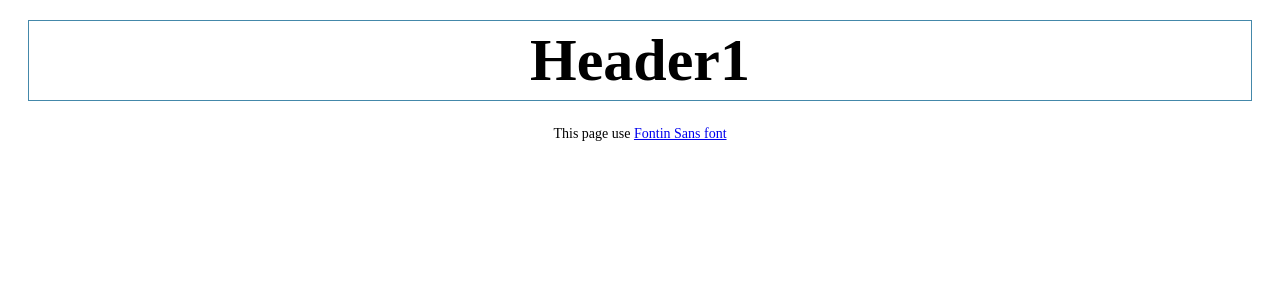
Repository: lixinso/html5
Page: workspace/CSS3/WebContent/text_styles/text-local-font.html
An editor plug-in stored every save of this project. The page is shown before and after the next save, followed by the edit.
The browser window is 1280 px wide. The pictures show the whole page.
Some web fonts or font styles are not loaded; a fallback is used.

Above is the page before, as saved 2011-05-28 00:45:19.

After the next save:
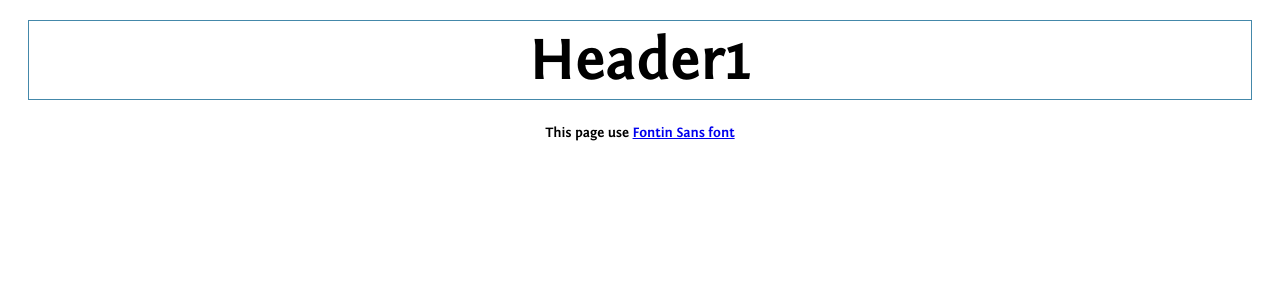
Saved 17 s later.
--- a/workspace/CSS3/WebContent/text_styles/text-local-font.html
+++ b/workspace/CSS3/WebContent/text_styles/text-local-font.html
@@ -8,7 +8,7 @@
 
 	@font-face{
 		font-family: WebFont;
-		src: url("FontinSans_49/Fontin_Sans_L_45b.otf") format("opentype");
+		src: url("FontinSans_49/Fontin_Sans_B_45b.otf") format("opentype");
 		font-weight: normal;
 	}
 

After the save that followed:
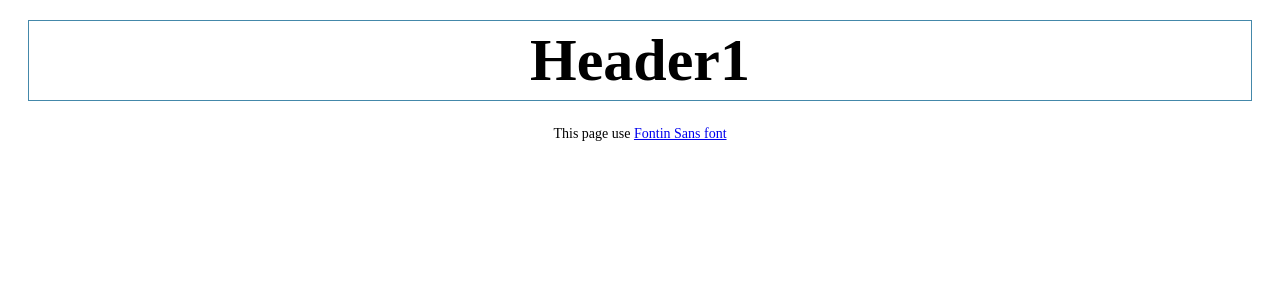
Saved 4 min 35 s later.
--- a/workspace/CSS3/WebContent/text_styles/text-local-font.html
+++ b/workspace/CSS3/WebContent/text_styles/text-local-font.html
@@ -7,7 +7,7 @@
 <style type="text/css">
 
 	@font-face{
-		font-family: WebFont;
+		font-family: Arial;
 		src: url("FontinSans_49/Fontin_Sans_B_45b.otf") format("opentype");
 		font-weight: normal;
 	}
